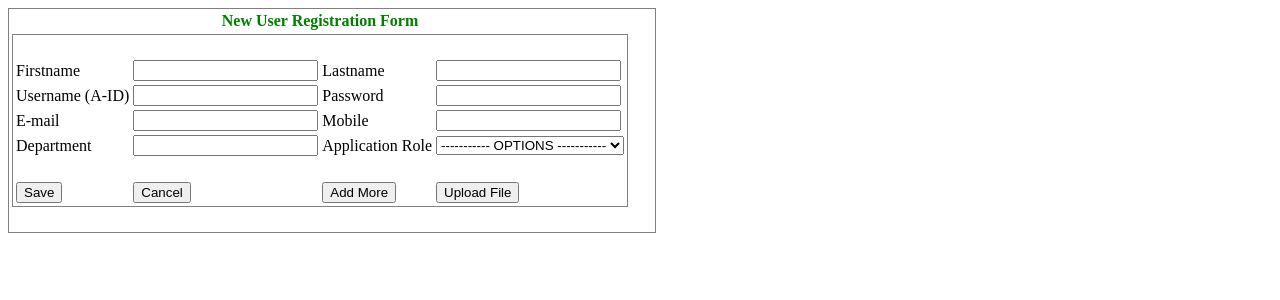
Repository: guribrar/enrolmentapp
Page: http://localhost/enrolmentapp/newuser.jsp
The author's editor kept a copy of each file at every save. The page is drawn from the files as they stood at one save, then again after the next save.
The browser window is 1280 px wide. The pictures show the whole page.
The page is served by Tomcat 9. Queries for data that is not in the repository find no rows.

Above is the page before, as saved 2016-12-31 14:03:05.

After the next save:
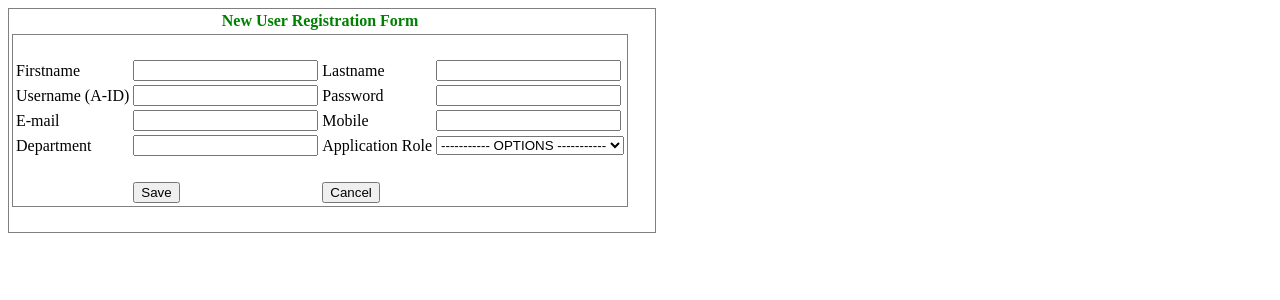
Saved 99 s later.
--- a/enrolmentapp/WebContent/newuser.jsp
+++ b/enrolmentapp/WebContent/newuser.jsp
@@ -67,10 +67,10 @@
 					<td>&nbsp;</td>
 				</tr>
 				<tr>
+					<td>&nbsp;</td>
 					<td><input type="submit" name="save" value="Save"/></td>
-					<td><input type="submit" name="Cancel" value="Cancel"/></td>
-					<td><input type="submit" name="addmore" value="Add More"/></td>
-					<td><input type="submit" name="uploadfile" value="Upload File"/></td>
+					<td><input type="submit" name="cancel" value="Cancel"/></td>
+					<td>&nbsp;</td>
 				</tr>
 			</table>
 			</form>
